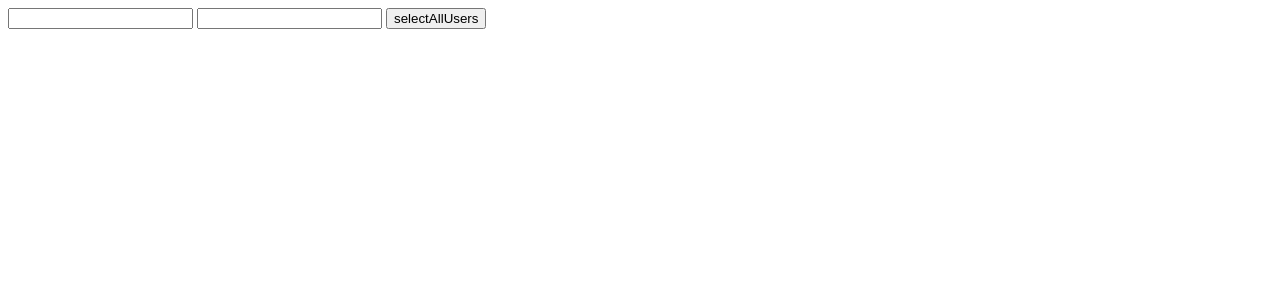
Repository: GEOkettle/SPRING_BLOG
Page: blog/src/main/resources/public/html/main/signUp.html
These files come from the project's save history. The page is drawn as it stood at one moment and after the next save; the edit follows.
The browser window is 1280 px wide. The pictures show the whole page.

Above is the page before, as saved 2023-03-30 08:07:11.

### blog/src/main/resources/public/html/main/signUp.html
<!DOCTYPE html>
<html>

<head>
<meta charset="utf-8" />
<meta http-equiv="X-UA-Compatible" content="IE=edge">
<title>sign Up</title>
<meta name="viewport"content="width=device-width, initial-scale=1.0 ,maximum-scale=1.0, minimum-scale=1.0,user-scalable=no">
 <script type="text/javascript" src="/blog/assets/js/fetch.umd.js"></script>
</head>

<body>

<input type="text" />
<input type="text" />
<button onclick="fetchTest()">selectAllUsers</button>


</body>

<script type="text/javascript">
console.log(window.location);
var domain = window.location.host;

function fetchTest ()  {
	fetch("http://"+domain+"/blog/test/user/entireUsers",{
		method:"get",
		headers: {
		    "Content-Type": "application/json",
		  }
			})
		.then(res => res.json())
		.then(res => console.log(res))
		.catch(err => console.log(err))

}

</script>

### blog/src/main/resources/public/assets/js/fetch.umd.js
(function (global, factory) {
  typeof exports === 'object' && typeof module !== 'undefined' ? factory(exports) :
  typeof define === 'function' && define.amd ? define(['exports'], factory) :
  (factory((global.WHATWGFetch = {})));
}(this, (function (exports) { 'use strict';

  var global =
    (typeof globalThis !== 'undefined' && globalThis) ||
    (typeof self !== 'undefined' && self) ||
    (typeof global !== 'undefined' && global);

  var support = {
    searchParams: 'URLSearchParams' in global,
    iterable: 'Symbol' in global && 'iterator' in Symbol,
    blob:
      'FileReader' in global &&
      'Blob' in global &&
      (function() {
        try {
          new Blob();
          return true
        } catch (e) {
          return false
        }
      })(),
    formData: 'FormData' in global,
    arrayBuffer: 'ArrayBuffer' in global
  };

  function isDataView(obj) {
    return obj && DataView.prototype.isPrototypeOf(obj)
  }

  if (support.arrayBuffer) {
    var viewClasses = [
      '[object Int8Array]',
      '[object Uint8Array]',
      '[object Uint8ClampedArray]',
      '[object Int16Array]',
      '[object Uint16Array]',
      '[object Int32Array]',
      '[object Uint32Array]',
      '[object Float32Array]',
      '[object Float64Array]'
    ];

    var isArrayBufferView =
      ArrayBuffer.isView ||
      function(obj) {
        return obj && viewClasses.indexOf(Object.prototype.toString.call(obj)) > -1
      };
  }

  function normalizeName(name) {
    if (typeof name !== 'string') {
      name = String(name);
    }
    if (/[^a-z0-9\-#$%&'*+.^_`|~!]/i.test(name) || name === '') {
      throw new TypeError('Invalid character in header field name: "' + name + '"')
    }
    return name.toLowerCase()
  }

  function normalizeValue(value) {
    if (typeof value !== 'string') {
      value = String(value);
    }
    return value
  }

  // Build a destructive iterator for the value list
  function iteratorFor(items) {
    var iterator = {
      next: function() {
        var value = items.shift();
        return {done: value === undefined, value: value}
      }
    };

    if (support.iterable) {
      iterator[Symbol.iterator] = function() {
        return iterator
      };
    }

    return iterator
  }

  function Headers(headers) {
    this.map = {};

    if (headers instanceof Headers) {
      headers.forEach(function(value, name) {
        this.append(name, value);
      }, this);
    } else if (Array.isArray(headers)) {
      headers.forEach(function(header) {
        this.append(header[0], header[1]);
      }, this);
    } else if (headers) {
      Object.getOwnPropertyNames(headers).forEach(function(name) {
        this.append(name, headers[name]);
      }, this);
    }
  }

  Headers.prototype.append = function(name, value) {
    name = normalizeName(name);
    value = normalizeValue(value);
    var oldValue = this.map[name];
    this.map[name] = oldValue ? oldValue + ', ' + value : value;
  };

  Headers.prototype['delete'] = function(name) {
    delete this.map[normalizeName(name)];
  };

  Headers.prototype.get = function(name) {
    name = normalizeName(name);
    return this.has(name) ? this.map[name] : null
  };

  Headers.prototype.has = function(name) {
    return this.map.hasOwnProperty(normalizeName(name))
  };

  Headers.prototype.set = function(name, value) {
    this.map[normalizeName(name)] = normalizeValue(value);
  };

  Headers.prototype.forEach = function(callback, thisArg) {
    for (var name in this.map) {
      if (this.map.hasOwnProperty(name)) {
        callback.call(thisArg, this.map[name], name, this);
      }
    }
  };

  Headers.prototype.keys = function() {
    var items = [];
    this.forEach(function(value, name) {
      items.push(name);
    });
    return iteratorFor(items)
  };

  Headers.prototype.values = function() {
    var items = [];
    this.forEach(function(value) {
      items.push(value);
    });
    return iteratorFor(items)
  };

  Headers.prototype.entries = function() {
    var items = [];
    this.forEach(function(value, name) {
      items.push([name, value]);
    });
    return iteratorFor(items)
  };

  if (support.iterable) {
    Headers.prototype[Symbol.iterator] = Headers.prototype.entries;
  }

  function consumed(body) {
    if (body.bodyUsed) {
      return Promise.reject(new TypeError('Already read'))
    }
    body.bodyUsed = true;
  }

  function fileReaderReady(reader) {
    return new Promise(function(resolve, reject) {
      reader.onload = function() {
        resolve(reader.result);
      };
      reader.onerror = function() {
        reject(reader.error);
      };
    })
  }

  function readBlobAsArrayBuffer(blob) {
    var reader = new FileReader();
    var promise = fileReaderReady(reader);
    reader.readAsArrayBuffer(blob);
    return promise
  }

  function readBlobAsText(blob) {
    var reader = new FileReader();
    var promise = fileReaderReady(reader);
    reader.readAsText(blob);
    return promise
  }

  function readArrayBufferAsText(buf) {
    var view = new Uint8Array(buf);
    var chars = new Array(view.length);

    for (var i = 0; i < view.length; i++) {
      chars[i] = String.fromCharCode(view[i]);
    }
    return chars.join('')
  }

  function bufferClone(buf) {
    if (buf.slice) {
      return buf.slice(0)
    } else {
      var view = new Uint8Array(buf.byteLength);
      view.set(new Uint8Array(buf));
      return view.buffer
    }
  }

  function Body() {
    this.bodyUsed = false;

    this._initBody = function(body) {
      /*
        fetch-mock wraps the Response object in an ES6 Proxy to
        provide useful test harness features such as flush. However, on
        ES5 browsers without fetch or Proxy support pollyfills must be used;
        the proxy-pollyfill is unable to proxy an attribute unless it exists
        on the object before the Proxy is created. This change ensures
        Response.bodyUsed exists on the instance, while maintaining the
        semantic of setting Request.bodyUsed in the constructor before
        _initBody is called.
      */
      this.bodyUsed = this.bodyUsed;
      this._bodyInit = body;
      if (!body) {
        this._bodyText = '';
      } else if (typeof body === 'string') {
        this._bodyText = body;
      } else if (support.blob && Blob.prototype.isPrototypeOf(body)) {
        this._bodyBlob = body;
      } else if (support.formData && FormData.prototype.isPrototypeOf(body)) {
        this._bodyFormData = body;
      } else if (support.searchParams && URLSearchParams.prototype.isPrototypeOf(body)) {
        this._bodyText = body.toString();
      } else if (support.arrayBuffer && support.blob && isDataView(body)) {
        this._bodyArrayBuffer = bufferClone(body.buffer);
        // IE 10-11 can't handle a DataView body.
        this._bodyInit = new Blob([this._bodyArrayBuffer]);
      } else if (support.arrayBuffer && (ArrayBuffer.prototype.isPrototypeOf(body) || isArrayBufferView(body))) {
        this._bodyArrayBuffer = bufferClone(body);
      } else {
        this._bodyText = body = Object.prototype.toString.call(body);
      }

      if (!this.headers.get('content-type')) {
        if (typeof body === 'string') {
          this.headers.set('content-type', 'text/plain;charset=UTF-8');
        } else if (this._bodyBlob && this._bodyBlob.type) {
          this.headers.set('content-type', this._bodyBlob.type);
        } else if (support.searchParams && URLSearchParams.prototype.isPrototypeOf(body)) {
          this.headers.set('content-type', 'application/x-www-form-urlencoded;charset=UTF-8');
        }
      }
    };

    if (support.blob) {
      this.blob = function() {
        var rejected = consumed(this);
        if (rejected) {
          return rejected
        }

        if (this._bodyBlob) {
          return Promise.resolve(this._bodyBlob)
        } else if (this._bodyArrayBuffer) {
          return Promise.resolve(new Blob([this._bodyArrayBuffer]))
        } else if (this._bodyFormData) {
          throw new Error('could not read FormData body as blob')
        } else {
          return Promise.resolve(new Blob([this._bodyText]))
        }
      };

      this.arrayBuffer = function() {
        if (this._bodyArrayBuffer) {
          var isConsumed = consumed(this);
          if (isConsumed) {
            return isConsumed
          }
          if (ArrayBuffer.isView(this._bodyArrayBuffer)) {
            return Promise.resolve(
              this._bodyArrayBuffer.buffer.slice(
                this._bodyArrayBuffer.byteOffset,
                this._bodyArrayBuffer.byteOffset + this._bodyArrayBuffer.byteLength
              )
            )
          } else {
            return Promise.resolve(this._bodyArrayBuffer)
          }
        } else {
          return this.blob().then(readBlobAsArrayBuffer)
        }
      };
    }

    this.text = function() {
      var rejected = consumed(this);
      if (rejected) {
        return rejected
      }

      if (this._bodyBlob) {
        return readBlobAsText(this._bodyBlob)
      } else if (this._bodyArrayBuffer) {
        return Promise.resolve(readArrayBufferAsText(this._bodyArrayBuffer))
      } else if (this._bodyFormData) {
        throw new Error('could not read FormData body as text')
      } else {
        return Promise.resolve(this._bodyText)
      }
    };

    if (support.formData) {
      this.formData = function() {
        return this.text().then(decode)
      };
    }

    this.json = function() {
      return this.text().then(JSON.parse)
    };

    return this
  }

  // HTTP methods whose capitalization should be normalized
  var methods = ['DELETE', 'GET', 'HEAD', 'OPTIONS', 'POST', 'PUT'];

  function normalizeMethod(method) {
    var upcased = method.toUpperCase();
    return methods.indexOf(upcased) > -1 ? upcased : method
  }

  function Request(input, options) {
    if (!(this instanceof Request)) {
      throw new TypeError('Please use the "new" operator, this DOM object constructor cannot be called as a function.')
    }

    options = options || {};
    var body = options.body;

    if (input instanceof Request) {
      if (input.bodyUsed) {
        throw new TypeError('Already read')
      }
      this.url = input.url;
      this.credentials = input.credentials;
      if (!options.headers) {
        this.headers = new Headers(input.headers);
      }
      this.method = input.method;
      this.mode = input.mode;
      this.signal = input.signal;
      if (!body && input._bodyInit != null) {
        body = input._bodyInit;
        input.bodyUsed = true;
      }
    } else {
      this.url = String(input);
    }

    this.credentials = options.credentials || this.credentials || 'same-origin';
    if (options.headers || !this.headers) {
      this.headers = new Headers(options.headers);
    }
    this.method = normalizeMethod(options.method || this.method || 'GET');
    this.mode = options.mode || this.mode || null;
    this.signal = options.signal || this.signal;
    this.referrer = null;

    if ((this.method === 'GET' || this.method === 'HEAD') && body) {
      throw new TypeError('Body not allowed for GET or HEAD requests')
    }
    this._initBody(body);

    if (this.method === 'GET' || this.method === 'HEAD') {
      if (options.cache === 'no-store' || options.cache === 'no-cache') {
        // Search for a '_' parameter in the query string
        var reParamSearch = /([?&])_=[^&]*/;
        if (reParamSearch.test(this.url)) {
          // If it already exists then set the value with the current time
          this.url = this.url.replace(reParamSearch, '$1_=' + new Date().getTime());
        } else {
          // Otherwise add a new '_' parameter to the end with the current time
          var reQueryString = /\?/;
          this.url += (reQueryString.test(this.url) ? '&' : '?') + '_=' + new Date().getTime();
        }
      }
    }
  }

  Request.prototype.clone = function() {
    return new Request(this, {body: this._bodyInit})
  };

  function decode(body) {
    var form = new FormData();
    body
      .trim()
      .split('&')
      .forEach(function(bytes) {
        if (bytes) {
          var split = bytes.split('=');
          var name = split.shift().replace(/\+/g, ' ');
          var value = split.join('=').replace(/\+/g, ' ');
          form.append(decodeURIComponent(name), decodeURIComponent(value));
        }
      });
    return form
  }

  function parseHeaders(rawHeaders) {
    var headers = new Headers();
    // Replace instances of \r\n and \n followed by at least one space or horizontal tab with a space
    // https://tools.ietf.org/html/rfc7230#section-3.2
    var preProcessedHeaders = rawHeaders.replace(/\r?\n[\t ]+/g, ' ');
    // Avoiding split via regex to work around a common IE11 bug with the core-js 3.6.0 regex polyfill
    // https://github.com/github/fetch/issues/748
    // https://github.com/zloirock/core-js/issues/751
    preProcessedHeaders
      .split('\r')
      .map(function(header) {
        return header.indexOf('\n') === 0 ? header.substr(1, header.length) : header
      })
      .forEach(function(line) {
        var parts = line.split(':');
        var key = parts.shift().trim();
        if (key) {
          var value = parts.join(':').trim();
          headers.append(key, value);
        }
      });
    return headers
  }

  Body.call(Request.prototype);

  function Response(bodyInit, options) {
    if (!(this instanceof Response)) {
      throw new TypeError('Please use the "new" operator, this DOM object constructor cannot be called as a function.')
    }
    if (!options) {
      options = {};
    }

    this.type = 'default';
    this.status = options.status === undefined ? 200 : options.status;
    this.ok = this.status >= 200 && this.status < 300;
    this.statusText = options.statusText === undefined ? '' : '' + options.statusText;
    this.headers = new Headers(options.headers);
    this.url = options.url || '';
    this._initBody(bodyInit);
  }

  Body.call(Response.prototype);

  Response.prototype.clone = function() {
    return new Response(this._bodyInit, {
      status: this.status,
      statusText: this.statusText,
      headers: new Headers(this.headers),
      url: this.url
    })
  };

  Response.error = function() {
    var response = new Response(null, {status: 0, statusText: ''});
    response.type = 'error';
    return response
  };

  var redirectStatuses = [301, 302, 303, 307, 308];

  Response.redirect = function(url, status) {
    if (redirectStatuses.indexOf(status) === -1) {
      throw new RangeError('Invalid status code')
    }

    return new Response(null, {status: status, headers: {location: url}})
  };

  exports.DOMException = global.DOMException;
  try {
    new exports.DOMException();
  } catch (err) {
    exports.DOMException = function(message, name) {
      this.message = message;
      this.name = name;
      var error = Error(message);
      this.stack = error.stack;
    };
    exports.DOMException.prototype = Object.create(Error.prototype);
    exports.DOMException.prototype.constructor = exports.DOMException;
  }

  function fetch(input, init) {
    return new Promise(function(resolve, reject) {
      var request = new Request(input, init);

      if (request.signal && request.signal.aborted) {
        return reject(new exports.DOMException('Aborted', 'AbortError'))
      }

      var xhr = new XMLHttpRequest();

      function abortXhr() {
        xhr.abort();
      }

      xhr.onload = function() {
        var options = {
          status: xhr.status,
          statusText: xhr.statusText,
          headers: parseHeaders(xhr.getAllResponseHeaders() || '')
        };
        options.url = 'responseURL' in xhr ? xhr.responseURL : options.headers.get('X-Request-URL');
        var body = 'response' in xhr ? xhr.response : xhr.responseText;
        setTimeout(function() {
          resolve(new Response(body, options));
        }, 0);
      };

      xhr.onerror = function() {
        setTimeout(function() {
          reject(new TypeError('Network request failed'));
        }, 0);
      };

      xhr.ontimeout = function() {
        setTimeout(function() {
          reject(new TypeError('Network request failed'));
        }, 0);
      };

      xhr.onabort = function() {
        setTimeout(function() {
          reject(new exports.DOMException('Aborted', 'AbortError'));
        }, 0);
      };

      function fixUrl(url) {
        try {
          return url === '' && global.location.href ? global.location.href : url
        } catch (e) {
          return url
        }
      }

      xhr.open(request.method, fixUrl(request.url), true);

      if (request.credentials === 'include') {
        xhr.withCredentials = true;
      } else if (request.credentials === 'omit') {
        xhr.withCredentials = false;
      }

      if ('responseType' in xhr) {
        if (support.blob) {
          xhr.responseType = 'blob';
        } else if (
          support.arrayBuffer &&
          request.headers.get('Content-Type') &&
          request.headers.get('Content-Type').indexOf('application/octet-stream') !== -1
        ) {
          xhr.responseType = 'arraybuffer';
        }
      }

      if (init && typeof init.headers === 'object' && !(init.headers instanceof Headers)) {
        Object.getOwnPropertyNames(init.headers).forEach(function(name) {
          xhr.setRequestHeader(name, normalizeValue(init.headers[name]));
        });
      } else {
        request.headers.forEach(function(value, name) {
          xhr.setRequestHeader(name, value);
        });
      }

      if (request.signal) {
        request.signal.addEventListener('abort', abortXhr);

        xhr.onreadystatechange = function() {
          // DONE (success or failure)
          if (xhr.readyState === 4) {
            request.signal.removeEventListener('abort', abortXhr);
          }
        };
      }

      xhr.send(typeof request._bodyInit === 'undefined' ? null : request._bodyInit);
    })
  }

  fetch.polyfill = true;

  if (!global.fetch) {
    global.fetch = fetch;
    global.Headers = Headers;
    global.Request = Request;
    global.Response = Response;
  }

  exports.Headers = Headers;
  exports.Request = Request;
  exports.Response = Response;
  exports.fetch = fetch;

  Object.defineProperty(exports, '__esModule', { value: true });

})));

After the next save:
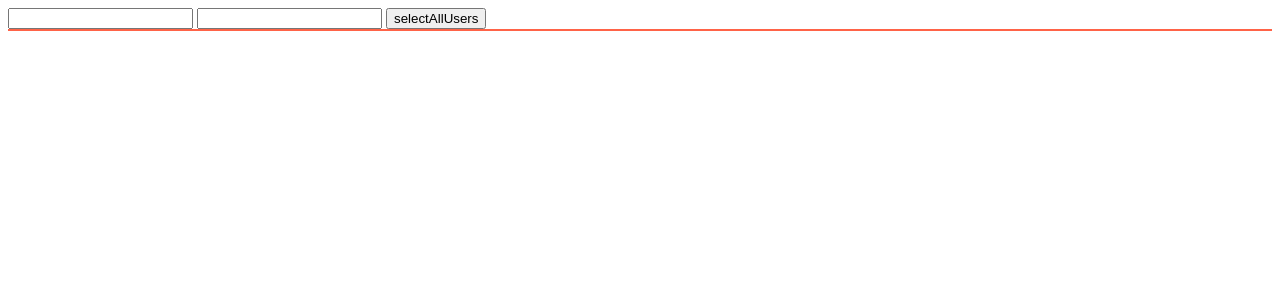
Saved 7 min 54 s later.
--- a/blog/src/main/resources/public/html/main/signUp.html
+++ b/blog/src/main/resources/public/html/main/signUp.html
@@ -15,6 +15,10 @@
 <input type="text" />
 <button onclick="fetchTest()">selectAllUsers</button>
 
+
+<div class="loginFrame">
+
+</div>
 
 </body>
 
@@ -36,3 +40,9 @@ function fetchTest ()  {
 }
 
 </script>
+
+<style>
+.loginFrame{
+	border:1px solid tomato
+}
+</style>
